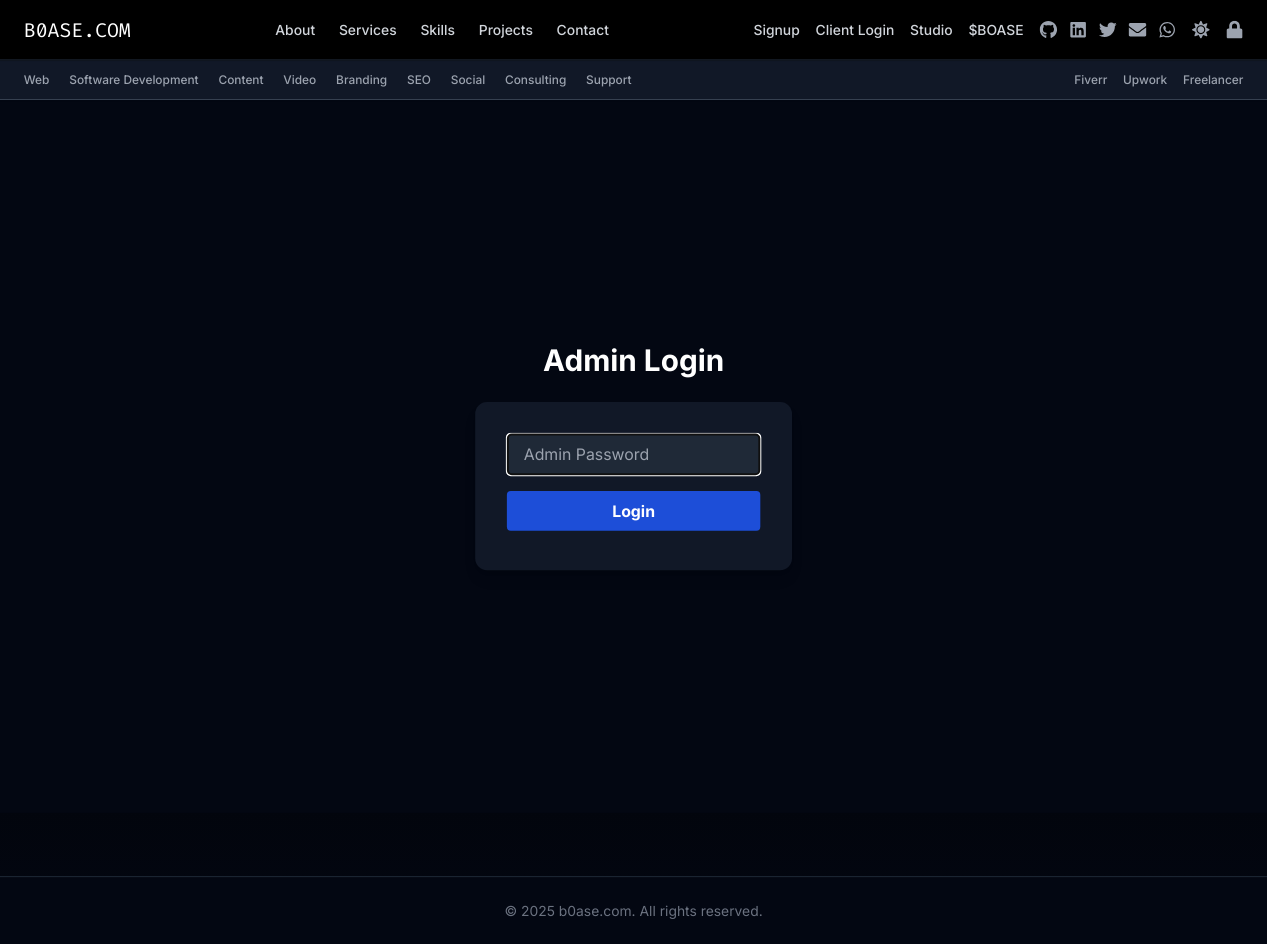
Repository: b0ase/rafskitchen
Page: /admin
These files come from the project's save history. The page is drawn as it stood at one moment and after the next save; the edit follows.
The browser window is 1280 px wide. The pictures show the whole page, at 99% of full size.
The page's requests for data from a server got no answer. The project was rebuilt for these pictures with package versions that can differ from the ones it lists, and the page was loaded fresh each time. The framework's server and built-in components were replaced by stand-ins that run in the browser. No one was signed in, and anything a server would have sent is missing. Also part of the build but not shown: next.config.js.

Above is the page before, as saved 2025-05-04 11:23:36.

After the next save:
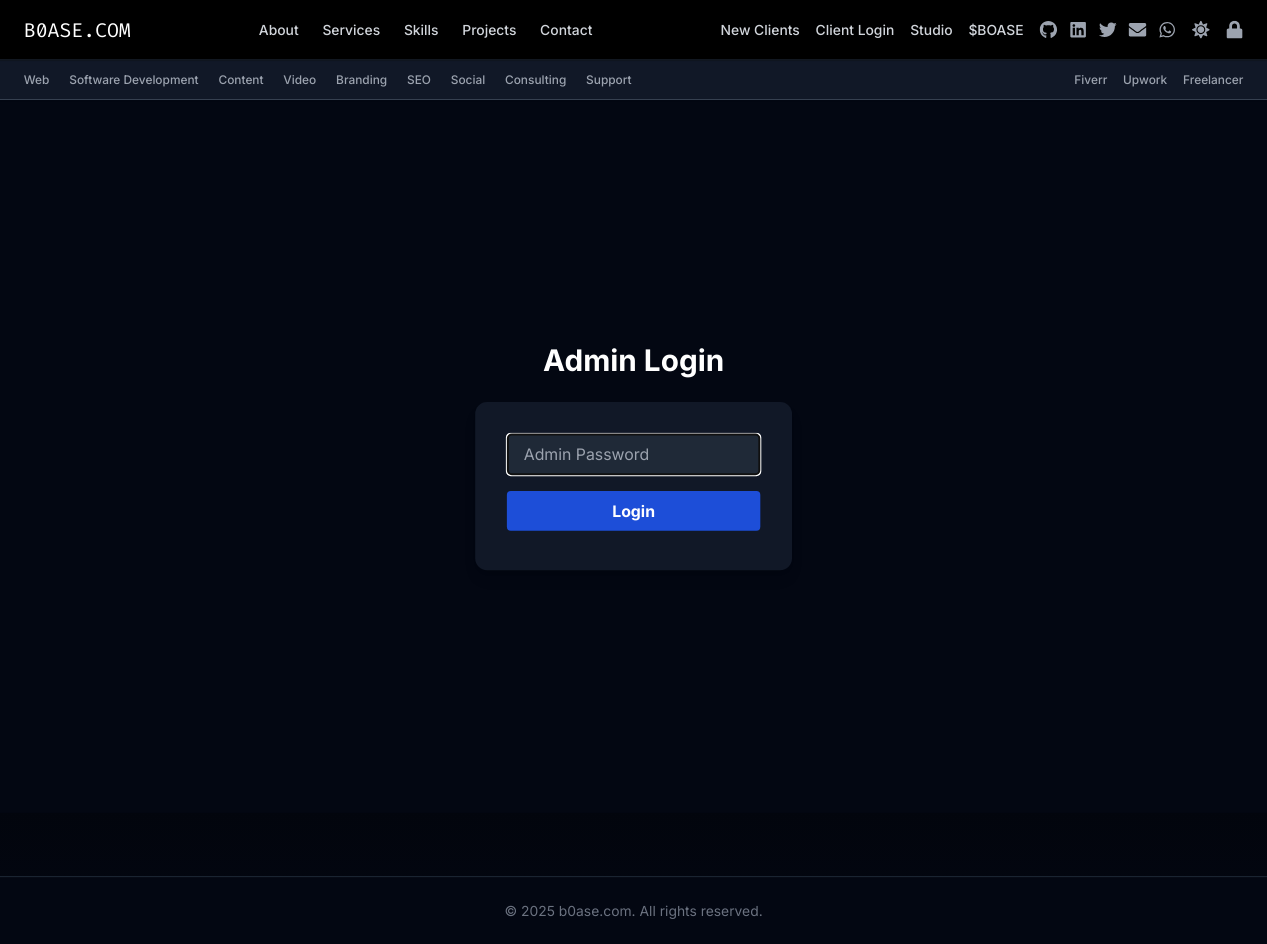
Saved 62 s later.
--- a/app/components/Header.tsx
+++ b/app/components/Header.tsx
@@ -32,7 +32,7 @@
   ];
 
   const utilityLinks = [
-    { name: 'Signup', href: '/signup' },
+    { name: 'New Clients', href: '/signup' },
     { name: 'Client Login', href: '/login' },
     { name: 'Studio', href: '/studio' },
     { name: '$BOASE', href: '/token' },
